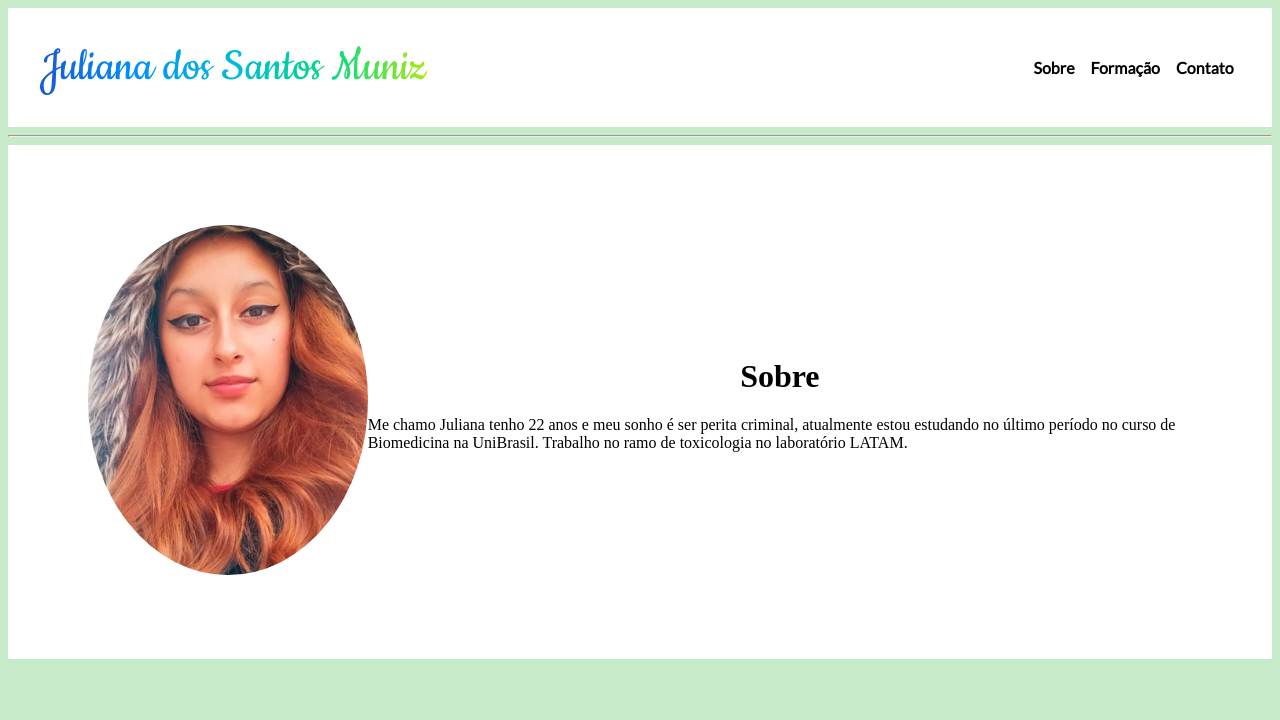
Repository: joaovnogueira/Portfolio-Juliana
Page: index.html
An editor plug-in stored every save of this project. The page is shown before and after a run of saves, followed by the edit.
The browser window is 1280 px wide. The pictures show the whole page.

Above is the page before, as saved 2022-06-14 16:02:08.

### index.html
<!DOCTYPE html>
<html lang="en">
<head>
    <link rel="stylesheet" href="styles.css">
    <meta charset="UTF-8">
    <meta http-equiv="X-UA-Compatible" content="IE=edge">
    <meta name="viewport" content="width=device-width, initial-scale=1.0">
    <title>Portfólio Juliana</title>
</head>
<body>
    <header>
        <nav>
            <div class="logo">Juliana dos Santos Muniz</div>
            <div class="menu">
                <a href="">Sobre</a>
                <a href="">Formação</a>
                <a href="">Contato</a>
            </div>
        </nav>
    </header>
    <hr>
    <main>
        <div class="perfil">
            <div class="foto">
                <img src="./assets/foto-perfil.png" alt="Foto de perfil" id="fotoperfil">
            </div>
            <div class="separator">
            </div>
            <div class="conteudo">
                <h1>Sobre</h1>
                <p>Me chamo Juliana tenho 22 anos e meu sonho é ser perita criminal,
                atualmente estou estudando no último período no curso de Biomedicina na UniBrasil.
                Trabalho no ramo de toxicologia no laboratório LATAM.</p>
            </div>
        </div>
        <div></div>
    </main>
    <footer></footer>
</body>
</html>

### styles.css
@import url('https://fonts.googleapis.com/css2?family=Cookie&display=swap');
@import url('https://fonts.googleapis.com/css2?family=Lato&display=swap');

body{
    background-color: #C7EBC8;
}

header {
    background-color: #FFFFFF;
    padding: 2rem;
    align-items: center;
}

nav{
    display: flex;
    justify-content: space-between;
    align-items: center;
}

.logo{
    font-family: 'Cookie', cursive;
    font-size: 50px;
    background-clip: text;
    -webkit-background-clip: text;
    background-image: linear-gradient(to right, #1859d3, #0091fc, #00bbd9, #00da84, #a8eb12);
    color: transparent;
}

.menu{
    font-family: 'Lato', sans-serif;
    font-weight: bold;
}

a{
    text-decoration: none;
    color: black;
    margin: .4rem;
}

hr{
    background-color: #FFFFFF;
}


.perfil {
    background-color: #FFFFFF;
    display: flex;
    padding: 5rem;
    align-items: center;
    justify-content: space-between;
}

.foto{
    align-items: center;
}

.conteudo{

}

h1{
    text-align: center;
}

p{
    text-align: left;
}

img{
    border-radius: 50%;
    max-width:750px;
    max-height:350px;
    width: auto;
    height: auto;
}

#icon{
    max-width: 40px;
    max-height:40px;

}

After the next 3 saves:
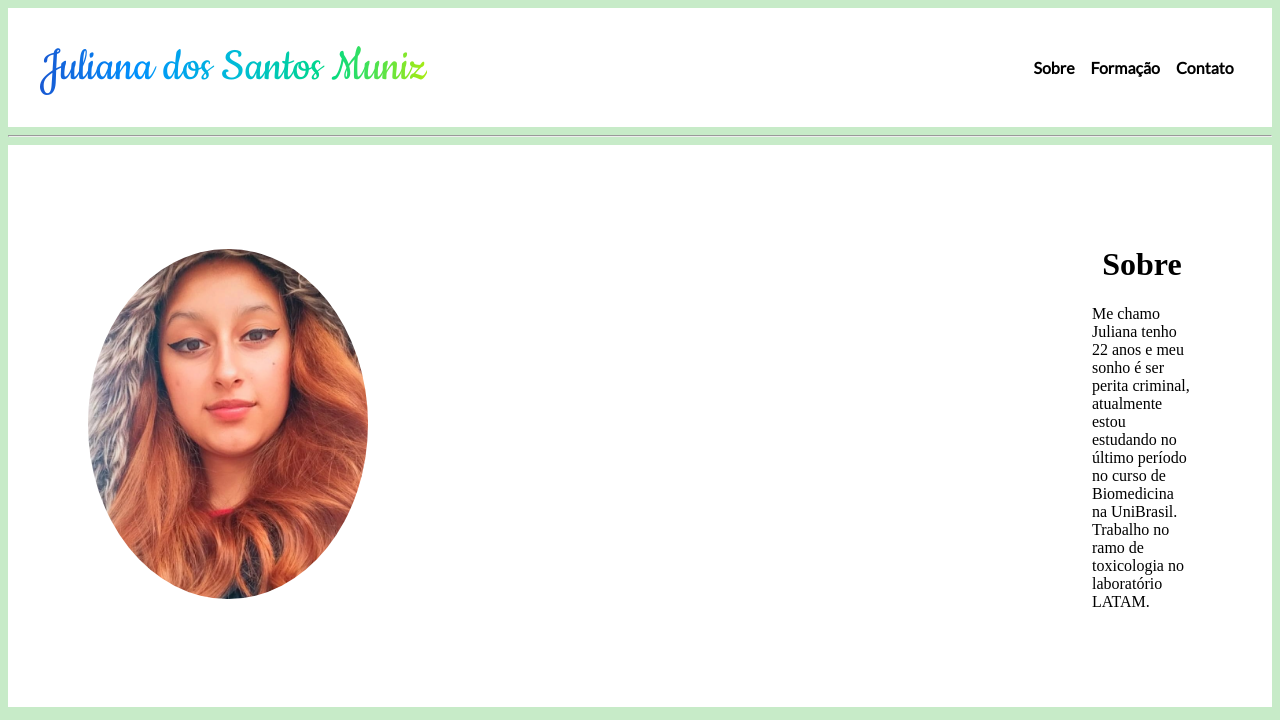
The 3 saves are shown as one change because they came seconds apart.
The last was saved 20 s later.
--- a/styles.css
+++ b/styles.css
@@ -55,7 +55,7 @@ hr{
 }
 
 .conteudo{
-
+   max-width: 100px;
 }
 
 h1{
